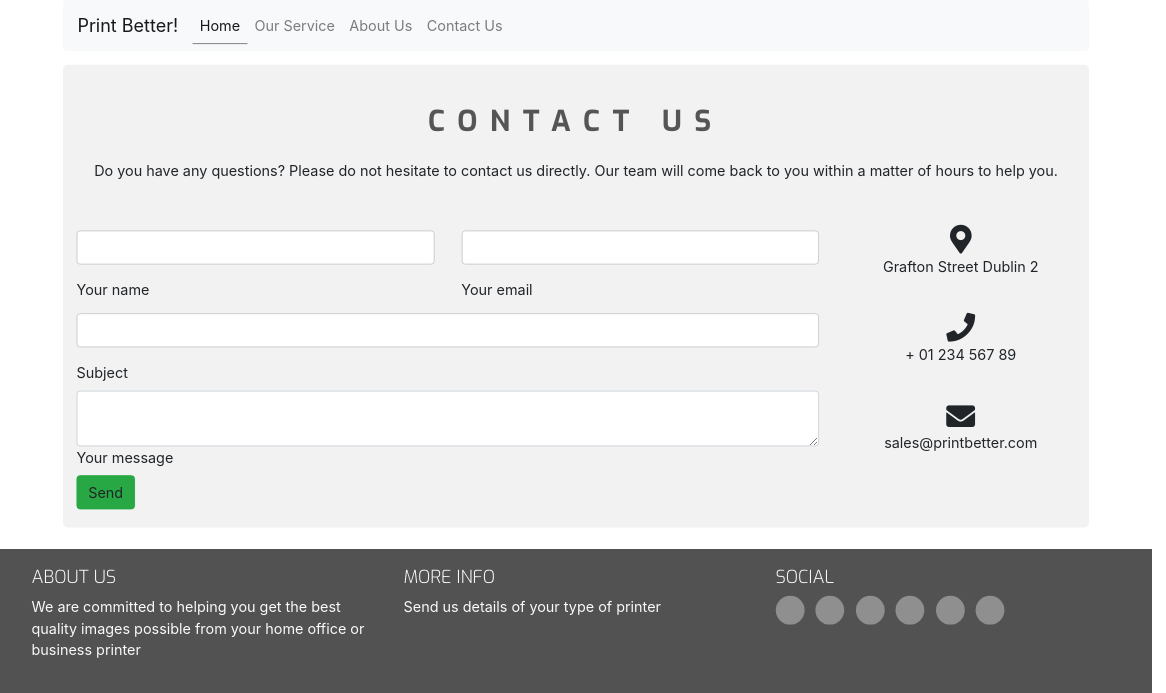
Repository: marks530/first_milestone
Page: Contact_Us.html
The author's editor kept a copy of each file at every save. The page is drawn from the files as they stood at one save, then again after the next save.
The browser window is 1280 px wide. The page is 1280 px wide, then 1295 px, so the pictures cover 1295 px, including what lies to the right of the window. The pictures show the whole page, at 90% of full size.
Some web libraries are served in a nearby version.

Above is the page before, as saved 2021-03-19 18:35:20.

After the next save:
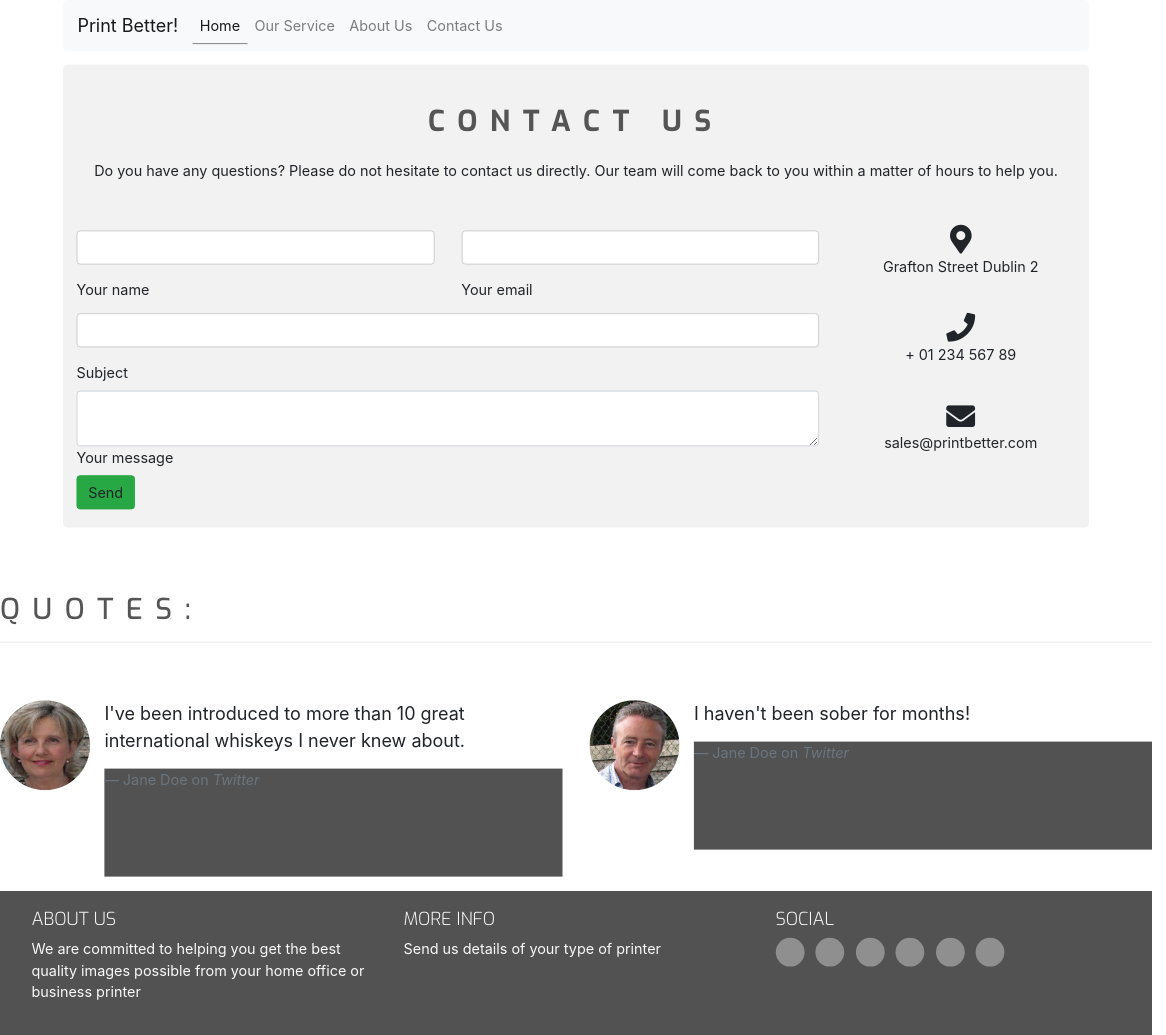
Saved 22 min 36 s later.
--- a/Contact_Us.html
+++ b/Contact_Us.html
@@ -136,7 +136,42 @@
         </div>
 
     </section>
-    <!--Section: Contact v.2-->
+    <section class="quotes">
+        <div class="row">
+            <div class="col-12 my-5">
+                <h2 class="text-uppercase">Quotes:</h2>
+                <hr />
+            </div>
+        </div>
+        <div class="row">
+            <div class="col-12 col-md-6">
+                <div class="media">
+                    <div class="d-none d-sm-block">
+                        <img src="images/headshot2.jpg" class="rounded-circle mr-3" height=100 width=100>
+                    </div>
+                    <div class="media-body">
+                        <blockquote class="blockquote">
+                            <p>I've been introduced to more than 10 great international whiskeys I never knew about.</p>
+                            <footer class="blockquote-footer">Jane Doe on <cite title="Twitter">Twitter</cite></footer>
+                        </blockquote>
+                    </div>
+                </div>
+            </div>
+            <div class="col-12 col-md-6">
+                <div class="media">
+                    <div class="d-none d-sm-block">
+                        <img src="images/headshot1.png" class="rounded-circle mr-3" height=100 width=100>
+                    </div>
+                    <div class="media-body">
+                        <blockquote class="blockquote">
+                            <p>I haven't been sober for months!</p>
+                            <footer class="blockquote-footer">Jane Doe on <cite title="Twitter">Twitter</cite></footer>
+                        </blockquote>
+                    </div>
+                </div>
+            </div>
+        </div>
+    </section>
     <footer class="container-fluid">
         <div id="footer-details" class="row">
             <div class="col-sm-4">
